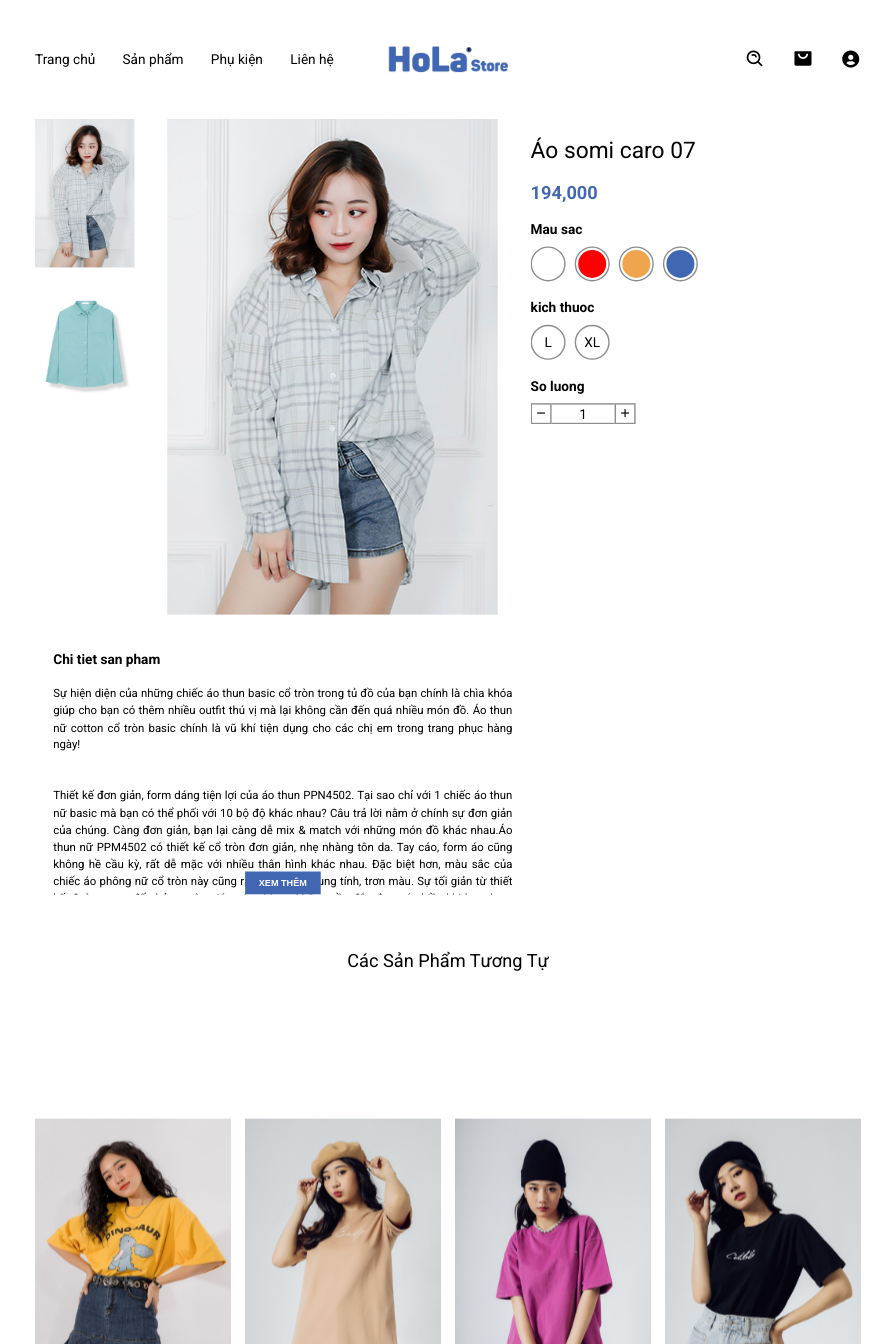
Repository: eric-nguyen-fe/Hola-ecommerce
Page: /catalog/ao-somi-caro-07
An editor plug-in stored every save of this project. The page is shown before and after the next save, followed by the edit.
The browser window is 1280 px wide. The pictures show the part of the page from y = 0 to 1920 px (the page is 4131 px tall), at 70% of full size.
The project was rebuilt for these pictures with package versions that can differ from the ones it lists, and the page was loaded fresh each time. Also part of the build but not shown: src/components/HeroSlider.jsx, src/components/PolicyCard.jsx, src/assets/fake-data/hero-slider.js, src/assets/fake-data/policy.js, src/pages/Home.jsx, src/components/CheckBox.jsx, src/assets/fake-data/category.js, src/assets/fake-data/product-color.js and 4 more.

Above is the page before, as saved 2021-12-10 13:16:57.

### src/scss/index.scss
@import "./variables";
@import "./mixins";
@import "./base";

@import "./components/header";
@import "./components/footer";
@import "./components/hero-slider.scss";
@import "./components/button";
@import "./components/policy-card";
@import "./components/section";
@import "./components/product-card";
@import "./components/catalog";
@import "./components/custom-checkbox.scss";
@import "./components/product";

### src/components/Layout.jsx
import React from 'react'

import { BrowserRouter, Route } from 'react-router-dom'

import Header from './Header'
import Footer from './Footer'

import Routes from '../routes/Routes'

const Layout = () => {
    return (
        <BrowserRouter>
            <Route render={props => (
                <div>

                    <div className="container">
                    <Header {...props}/>
                        <div className="main">
                            <Routes/>
                        </div>
                    </div>
                    <Footer/>
                </div>
            )}/>
        </BrowserRouter>
    )
}

export default Layout

### src/scss/_variables.scss
$main-bg: #fff;
$main-color: #4267b2;

$txt-main-color: #000;
$txt-second-color: #8d8d8d;
$txt-white: #fff;

$btn-main-bg: $main-color;
$btn-main-color: #fff;

$header-height: 170px;
$header-tablet-height: 70px;
$header-mobile-height: 40px;
$header-shrink-height: 70px;

$box-shadow: rgba(73, 90, 105, 0.2) 0px 8px 24px;

$colors: (
    "blue": #4267b2,
    "orange": #eea54d,
    "pink": #f3786d,
    "white": #fff,
    "black": #000,
    "main": $main-color,
    "red": #ff0000,
);

$mobile-width: 600px;
$tablet-width: 1024px;

$numbers: (0, 1, 2, 3, 4, 5, 6, 7, 8);

### src/scss/mixins.scss
@mixin flex ($align-item, $justify-content) {
    display: flex;
    align-items: $align-item;
    justify-content: $justify-content;
}

@mixin mobile {
    @media only screen and (max-width: $mobile-width){
        @content;
    }
}

@mixin tablet {
    @media only screen and (max-width: $tablet-width){
        @content;
    }
}

### src/scss/_base.scss
@import url("https://fonts.googleapis.com/css2?family=M+PLUS+Rounded+1c:wght@100;300;400;500;700;800;900&family=Roboto:ital,wght@0,100;0,300;0,400;0,500;0,700;0,900;1,100;1,300;1,400;1,500;1,700;1,900&display=swap");

@import url("https://fonts.googleapis.com/css2?family=M+PLUS+Rounded+1c:wght@100;300;400;500;700;800;900&family=Roboto:ital,wght@0,100;0,300;0,400;0,500;0,700;0,900;1,100;1,300;1,400;1,500;1,700;1,900&display=swap");

* {
    padding: 0;
    margin: 0;
    box-sizing: border-box;
    -webkit-tap-highlight-color: transparent;
    user-select: none;
}

html {
    font-size: 13px;
}

body {
    font-family: "Roboto", sans-serif;
}

ul {
    list-style-type: none;
}

a {
    text-decoration: none;
    color: unset;
}

a:hover {
    color: $main-color;
}

img {
    max-width: 100%;
}

@each $color, $val in $colors {
    .color-#{$color} {
        color: $val;
    }

    .bg-#{$color} {
        background-color: $val;
    }
}

@each $val in $numbers {
    .grid-col-#{$val} {
        grid-template-columns: repeat($val, 1fr);
    }
}

@each $val in $numbers {
    .grid-col-md-#{$val} {
        @include tablet {
            grid-template-columns: repeat($val, 1fr);
        }
    }
}

@each $val in $numbers {
    .grid-col-sm-#{$val} {
        @include mobile {
            grid-template-columns: repeat($val, 1fr);
        }
    }
}

.container {
    width: 100%;
    max-width: 1620px;
    padding: 0 50px;
    margin: auto;

    @include tablet {
        padding: 0 20px;
    }

    @include mobile {
        padding: 0 10px;
    }
}

.main {
    margin-top: $header-height;
    margin-bottom: 2rem;
    min-height: 100vh;

    @include tablet {
        margin-top: calc(#{$header-tablet-height} + 20px);
    }

    @include mobile {
        margin-top: calc(#{$header-mobile-height} + 10px);
    }
}

.grid {
    display: grid;
}

### src/scss/components/_header.scss
.header {
    background-color: $main-bg;
    position: fixed;
    top: 0;
    left: 0;
    width: 100%;
    z-index: 99;
    height: $header-height;
    transition: height .3s ease;

    @include tablet {
        height: $header-tablet-height;
        box-shadow: $box-shadow;
    }

    .container {
        height: 100%;
    }

    &.shrink{
        height: $header-shrink-height;
        box-shadow: $box-shadow;
        z-index: 100;

        @include mobile {
            height: $header-mobile-height;
        }
    }

    &__logo {
        @include flex (center, center);
        position: absolute;
        inset: 0;
        pointer-events: none;

        img {
            height: 38px;
        }
    }

    &__menu {
        @include flex(center, space-between);
        height: 100%;
        font-size: 1.5rem;

        &__item ~ &__item {
            margin-left: 39px;

            @include tablet {
                margin-left: 20px;
            }

            @include mobile {
                margin-left: 10px;
            }
        }

        &__item.active {
            font-weight: 600;
            color: $main-color;
        }


        &__item:hover {
            color: $main-color;
        }

        &__left,
        &__right {
            @include flex(center, center);
            height: 100%;
        }

        &__right {
            font-size: 2.25rem;

            &__item {
                @include flex(center, center);

                @include tablet {
                    margin-left: 10px;
                }
            }



            @include mobile {
                font-size: 1.5rem;
            }
        }

        &__left {
            &__close{
                display: none;
            }

            @include tablet {
                flex-direction: column;
                background-color: $main-bg;
                position: absolute;
                left: 0;
                top: 0;
                width: 100%;
                height: 100vh;
                justify-content: flex-start;
                padding-top: 30px;
                transform: translateX(-100%);
                transition: transform 0.5s ease;

                &.active {
                    transform: translateX(0);
                }

                &__item ~ &__item {
                    margin-left: unset;
                    margin-top: 20px;
                }

                &__close {
                    display: block;
                    position: absolute;
                    left: 20px;
                    font-size: 2.5rem;
                }
            }
        }

        &__mobile-toggle {
            display: none;

            @include tablet {
                display: block;
                font-size: 2.5rem;

            }
        }


    }
}

### src/scss/components/_footer.scss
.footer {
    padding: 70px 0;
    box-shadow: $box-shadow;
    font-size: 1.1rem;

    &__logo {
        height: 30px;
    }

    &__about {
        p {
            margin-bottom: 2rem;
        }
    }

    &__title {
        text-transform: uppercase;
        margin-bottom: 2rem;
        font-weight: 600;
    }

    &__content {
        p {
            margin-bottom: 1.25rem;
        }
    }
}

### src/scss/components/_button.scss
.btn {
    border: 0;
    outline: 0;
    color: $btn-main-color;
    font-size: 1.5rem;
    font-weight: 600;
    text-transform: uppercase;
    cursor: pointer;
    overflow: hidden;
    position: relative;

    @include mobile {
        font-size: 1rem;
    }

    &__txt,
    &__icon {
        display: block;
        transition: transform 0.5s ease;
    }

    &__txt {
        padding: 1rem 2rem;
    }

    &__icon {
        @include flex(center, center);
        font-size: 2rem;
        position: absolute;
        left: 0;
        top: 0;
        height: 100%;
        width: 100%;
        transform: translateX(-100%);
    }

    &-animate:hover &__txt {
        transform: translateX(100%);
    }

    &-animate:hover &__icon {
        transform: translateX(0);
    }

    &-sm {
        font-size: 1rem;
    }

    &-sm &__txt {
        padding: 0.7rem 1.5rem;
    }
}

### src/scss/components/_policy-card.scss
.policy-card {
    @include flex(center, flex-start);
    padding: 20px;
    padding-left: 0;
    box-shadow: $box-shadow;
    transition: transform .5s ease;

    &:hover {
        transform: translateY(-20%);
    }

    &__icon {
        @include flex (center, center);
        width: 40%;
        color: $main-color;

        i {
            font-size: 3rem;
        }
    }

    &__info{
        &__name{
            font-size: 1.25rem;
            font-weight: 600;
            margin-bottom: 7px;
        }

        &__description{
            font-size: 1rem;
            color: $txt-second-color;
        }

    }
}

### src/scss/components/_section.scss
.section {
    margin-bottom: 80px;

    & > * ~ * {
        margin-top: 70px;
    }

    &__title {
        font-size: 2rem;
        text-transform: capitalize;
        text-align: center;
    }
}

### src/scss/components/product-card.scss
.product-card {
    text-align: center;
    margin-bottom: 30px;

    &__image {
        padding-top: 50%;
        position: relative;
        overflow: hidden;
        margin-bottom: 30px;
    }
}

### src/scss/components/_catalog.scss
.catalog {
    @include flex(flex-start, flex-start);

    @include tablet {
        flex-direction: column;
    }

    &__filter {
        width: 20%;

        @include tablet {
            width: max-content;
            height: 100vh;
            background-color: $main-bg;
            padding: 1rem;
            position: fixed;
            left: 0;
            top: $header-tablet-height;
            z-index: 100;
            box-shadow: $box-shadow;
            transform: translateX(-100%);
            transition: transform 0.3s ease;
        }

        @include mobile {
            top: $header-mobile-height;
        }

        &.active {
            transform: translateX(0);
        }

        &__widget {
            margin-bottom: 2rem;

            &__title {
                font-size: 1.25rem;
                font-weight: 600;
                text-transform: capitalize;
                margin-bottom: 16px;
            }

            &__content {
                color: $txt-second-color;

                &__item {
                    margin-bottom: 13px;
                }
            }
        }
    }

    &__content {
        flex-grow: 1;

        @include tablet {
            width: 100%;
        }
    }

    &__filter__toggle {
        display: none;

        @include tablet {
            display: block;
            margin-bottom: 2rem;
        }
    }
}

### src/scss/components/custom-checkbox.scss
.custom-checkbox {
    @include flex (center, flex-start);

    cursor: pointer;

    &:hover {
        color: $main-color;
    }

    input {
        position: absolute;
        opacity: 0;

    }
}

### src/routes/Routes.jsx
import React from 'react'

import { Route, Switch } from 'react-router-dom'

import Home from '../pages/Home';
import Catalog from '../pages/Catalog';
import Cart from '../pages/Cart';
import Product from '../pages/Product';

const Routes = () => {
    return (
        <Switch>
            <Route path="/" exact component = {Home}/>
            <Route path="/catalog/:slug" exact component = {Product}/>
            <Route path="/catalog" exact component = {Catalog}/>
            <Route path="/cart" exact component = {Cart}/>
        </Switch>
    )
}

export default Routes

### src/pages/Product.jsx
import React, {useEffect} from 'react';

import Helmet from '../components/Helmet'
import Section, {SectionBody, SectionTitle} from '../components/Section'
import Grid from '../components/Grid'
import ProductCard from '../components/ProductCard'


import productData from '../assets/fake-data/products';
import ProductView from '../components/ProductView';


const Product = props => {

    const product = productData.getProductBySlug(props.match.params.slug)

    const relatedProducts = productData.getProducts(8)

    React.useEffect(() => {
        window.scrollTo(0,0)
    }, [product])

    return (
        <Helmet title={product.title}>
            <Section>
                <SectionBody>
                    {
                       <ProductView product={product}/>                    }
                </SectionBody>
            </Section>
            <Section>
                <SectionTitle>
                   Các sản phẩm tương tự
                </SectionTitle>
                <SectionTitle>
                <Grid
                        col={4}
                        mdCol={2}
                        smCol={1}
                        gap={20}
                    >
                        {
                            relatedProducts.map((item, index) => (
                                <ProductCard
                                    key={index}
                                    img01={item.image01}
                                    img02={item.image02}
                                    name={item.title}
                                    price={Number(item.price)}
                                    slug={item.slug}
                                />
                            ))
                        }
                    </Grid>
                </SectionTitle>
            </Section>
        </Helmet>
    )
}

export default Product

### src/components/Helmet.jsx
import React, {useEffect} from 'react'
import PropTypes from 'prop-types'

const Helmet = props => {

    document.title = 'Hola - ' + props.title

    useEffect(() => {
        window.scrollTo(0,0)

    }, [])

  return (
    <div>
        {props.children}
    </div>
  )
}

Helmet.propTypes = {
    title: PropTypes.string.isRequired
}

export default Helmet

### src/components/ProductCard.jsx
import React from 'react'
import PropTypes from 'prop-types'

import { Link } from 'react-router-dom'

import Button from './Button'

import numberWithCommas from '../utils/numberWithCommas'

const ProductCard = props => {
    return (
        <div className="product-card">
            <Link to={`/catalog/${props.slug}`}>
                <div className="product-card__image">
                    <img src={props.img01} alt="" />
                    <img src={props.img02} alt="" />
                </div>
                <h3 className="product-card__name">{props.name}</h3>
                <div className="product-card__price">
                    {numberWithCommas(props.price)}
                    <span className="product-card__price__old">
                        <del>{numberWithCommas(399000)}</del>
                    </span>
                </div>
            </Link>
            <div className="product-card__btn">
                <Button
                    size="sm"
                    icon="bx bx-cart"
                    animate={true}
                >
                    Chọn mua
                </Button>
            </div>
        </div>
    )
}

ProductCard.propTypes = {
    img01: PropTypes.string.isRequired,
    img02: PropTypes.string.isRequired,
    name: PropTypes.string.isRequired,
    price: PropTypes.number.isRequired,
    slug: PropTypes.string.isRequired,


}

export default ProductCard

### src/components/Button.jsx
import React from 'react'
import PropTypes from 'prop-types'

const Button = props => {

    const bg = props.backgroundColor ? 'bg-' + props.backgroundColor : 'bg-main'

    const size = props.size ? 'btn-' + props.size : ''

    const animate = props.animate ? 'btn-animate' : ''

    return (
        <button
            className={`btn ${bg} ${size} ${animate}`}
            onClick={props.onClick ? () => props.onClick() : null}
        >
            <span className="btn__txt">{props.children}</span>
            {
                props.icon ? (
                    <span className="btn__icon">
                        <i className={`${props.icon} bx-tada`}></i>
                    </span>
                ) : null
            }
        </button>
    )
}

Button.propTypes = {
    backgroundColor: PropTypes.string,
    size: PropTypes.string,
    icon: PropTypes.string,
    animate: PropTypes.bool,
    onclick: PropTypes.func
}

export default Button

### src/components/ProductView.jsx
import React, {useState, useEffect} from 'react'
import PropTypes from 'prop-types'

import Button from './Button'
import numberWithCommas from '../utils/numberWithCommas'

const ProductView = props => {

    const product = props.product

    const [previewImg, setPreviewImg ] = useState(product.image01);

    const [descriptionExpand, setDescriptionExpand] = useState(false);

    const [color, setColor] = useState(undefined);

    const [size, setSize] = useState(undefined);

    const [quantity, setQuantity] = useState(1)

    const updateQuantity = (type) => {
        if (type === 'plus') {
            setQuantity(quantity + 1)
        } else {
            setQuantity(quantity - 1 < 1 ? 1 : quantity - 1)

        }
    }

    useEffect(() => {
       setPreviewImg(product.image01)
       setQuantity(1)
       setColor(undefined)
       setSize(undefined)
    }, [product])

    return (
<div className="product">
            <div className="product__images">
                <div className="product__images__list">
                    <div className="product__images__list__item" onClick={() => setPreviewImg(product.image01)}>
                        <img src={product.image01} alt="" />
                    </div>
                    <div className="product__images__list__item" onClick={() => setPreviewImg(product.image02)}>
                        <img src={product.image02} alt="" />
                    </div>
                </div>
                <div className="product__images__main">
                    <img src={previewImg} alt="" />
                </div>
                <div className={`product-description ${descriptionExpand ? 'expand' : ''}`}>
                    <div className="product-description__title">
                        Chi tiet san pham
                    </div>
                    <div className="product-description__content" dangerouslySetInnerHTML={{__html:product.description}}>
                    </div>
                    <div className="product-description__toggle">
                        <Button
                            size="sm"
                            onClick={() => setDescriptionExpand(!descriptionExpand)}
                        >
                            {
                                descriptionExpand ? 'Thu gọn' : 'Xem thêm'
                            }
                        </Button>
                    </div>
                </div>
            </div>
            <div className="product__info">
                <h1 className="product__info__title">{product.title}</h1>
                <div className="product__info__item">
                    <span className="product__info__item__price">
                        {
                            numberWithCommas(product.price)
                        }
                    </span>
                </div>
                <div className="product__info__item">
                    <div className="product__info__item__title">
                        Mau sac
                    </div>
                    <div className="product__info__item__list">
                        {
                            product.colors.map((item, index) => (
                                <div key={index} className={`product__info__item__list__item ${color === item ? 'active' : ''}`}onClick={() => setColor(item)}>
                                    <div className={`circle bg-${item}`}>

                                    </div>
                                </div>
                            ))
                        }
                    </div>
                </div>
                <div className="product__info__item">
                    <div className="product__info__item__title">
                        kich thuoc
                    </div>
                    <div className="product__info__item__list">
                        {
                            product.size.map((item, index) => (
                                <div key={index} className={`product__info__item__list__item ${size === item ? 'active' : ''}`} onClick={() => setSize(item)}>
                                    <span className="product__info__item__list__item__size">
                                        {item}
                                    </span>

                                </div>
                            ))
                        }
                    </div>
                </div>
                <div className="product__info__item">
                    <div className="product__info__item__title">
                        So luong
                    </div>
                    <div className="product__info__item__quantity">
                        <div className="product__info__item__quantity__btn" onClick={() => updateQuantity('minus')}>
                            <i className="bx bx-minus"></i>
                        </div>
                        <div className="product__info__item__quantity__input">
                            {quantity}
                        </div>
                        <div className="product__info__item__quantity__btn"onClick={() => updateQuantity('plus')}>
                            <i className="bx bx-plus"></i>
                        </div>
                    </div>
                </div>
            </div>
        </div>
    )
}

ProductView.propTypes = {
    product: PropTypes.object.isRequired,

}

export default ProductView

Loaded but not shown: public/index.html (common file); src/reportWebVitals.js (common file); src/assets/boxicons-2.0.7/css/boxicons.min.css (library); src/components/Grid.jsx (common file); src/components/Section.jsx (common file); src/utils/numberWithCommas.js (common file); src/assets/fake-data/products.js (275 lines, source omitted); src/index.js (20 lines, source omitted); src/scss/components/hero-slider.scss (214 lines, source omitted); src/components/Footer.jsx (124 lines, source omitted); src/components/Header.jsx (103 lines, source omitted); src/scss/components/_product.scss (150 lines, source omitted)

After the next save:
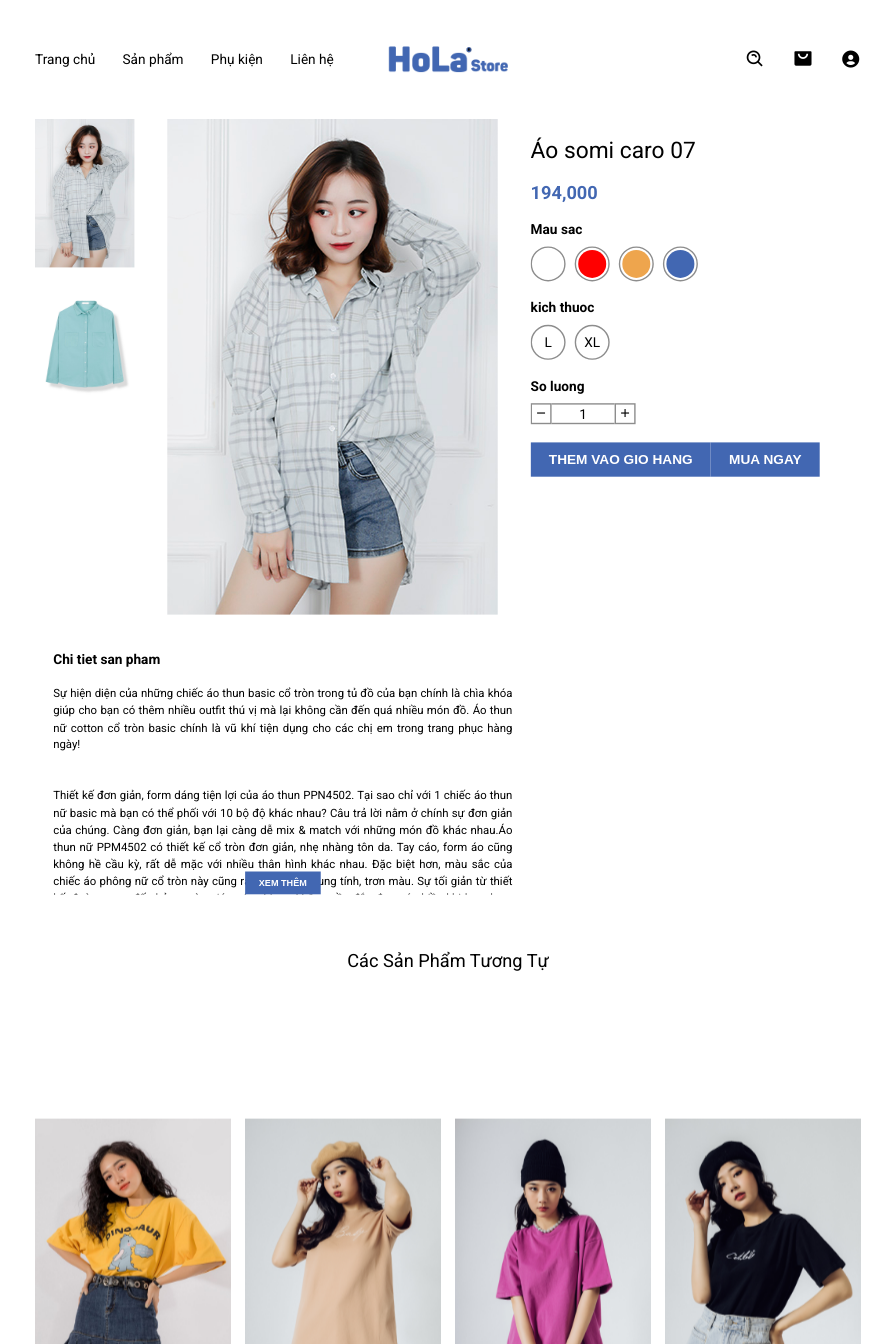
Saved 2 min 59 s later.
--- a/src/components/ProductView.jsx
+++ b/src/components/ProductView.jsx
@@ -124,6 +124,15 @@ const ProductView = props => {
                         </div>
                     </div>
                 </div>
+                <div className="product__info__item">
+                    <Button>
+                        Them vao gio hang
+                    </Button>
+                    <Button>
+                        Mua ngay
+                    </Button>
+                </div>
+
             </div>
         </div>
     )
